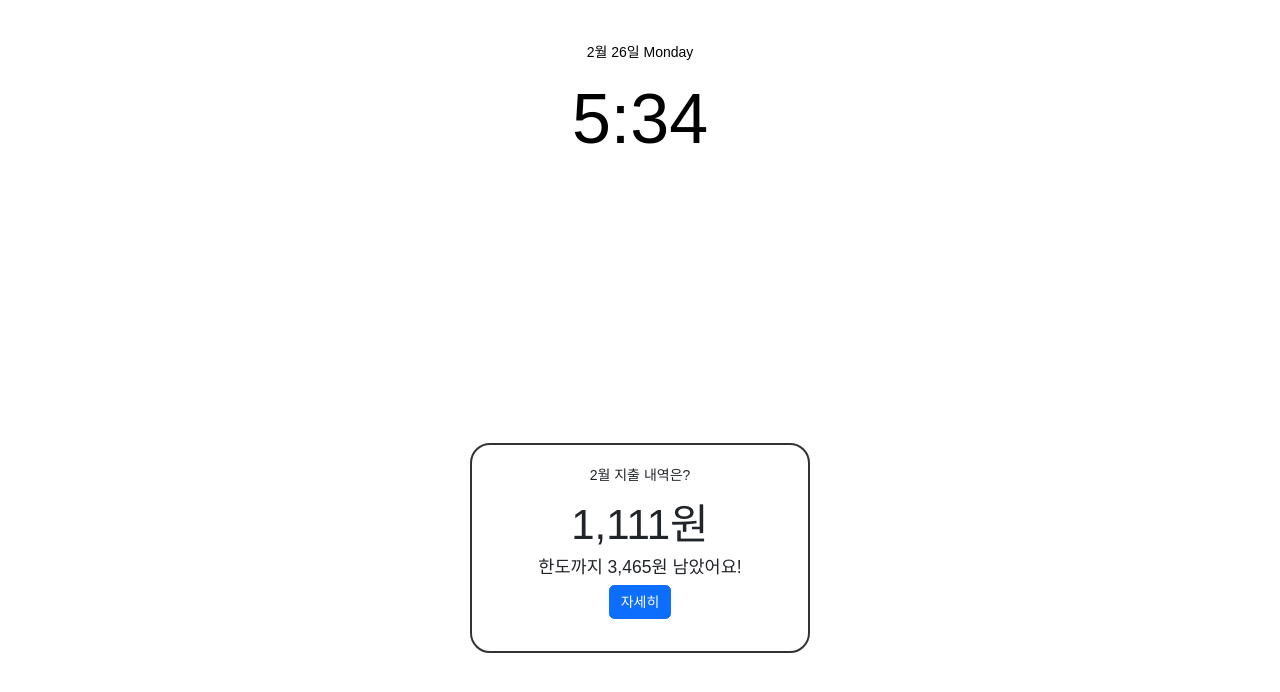
Repository: kimSummerrain/KairosHackathon
Page: venvs/karios/templates/startscreen.html
An editor plug-in stored every save of this project. The page is shown before and after the next save, followed by the edit.
The browser window is 1280 px wide. The pictures show the whole page.

Above is the page before, as saved 2024-02-26 15:38:55.

After the next save:
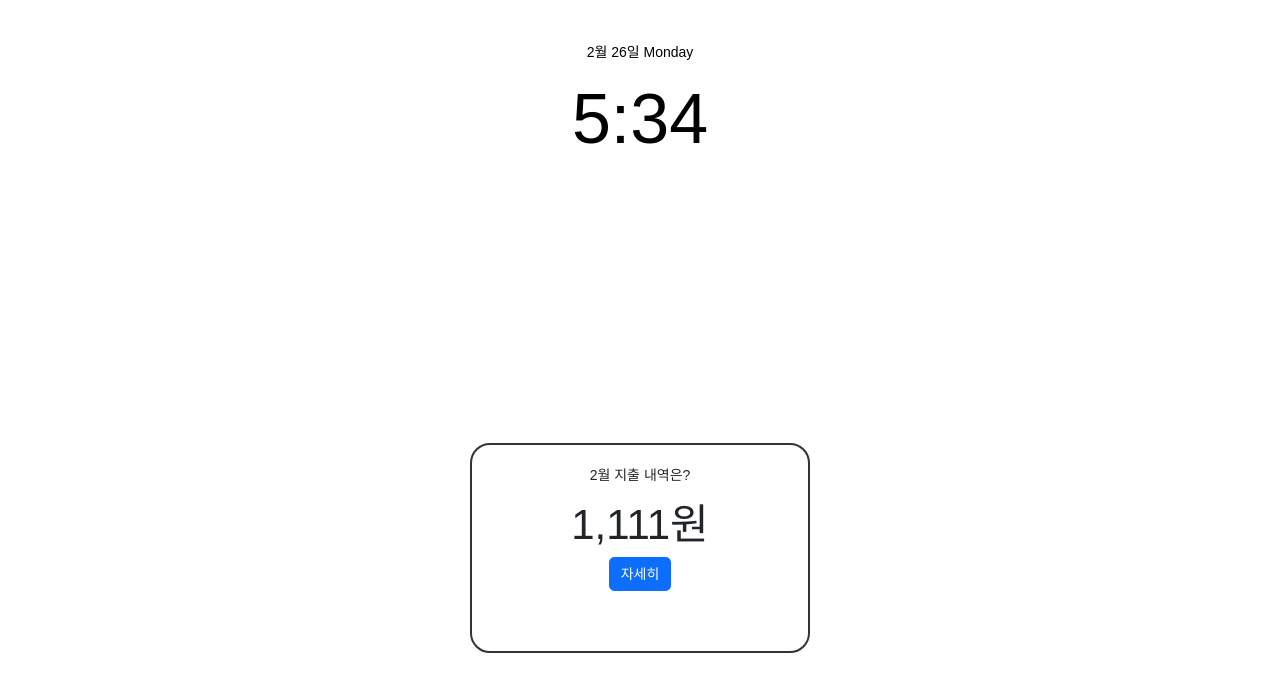
Saved 71 s later.
--- a/venvs/karios/templates/startscreen.html
+++ b/venvs/karios/templates/startscreen.html
@@ -22,7 +22,6 @@
     <div class="rounded-rectangle">
         <p id="month"></p>
         <h2>1,111원</h2>
-        <h5>한도까지 3,465원 남았어요!</h5>
         <button class="btn btn-primary" onclick="redirectToDetail()">자세히</button>
 
         <script type="text/javascript">
